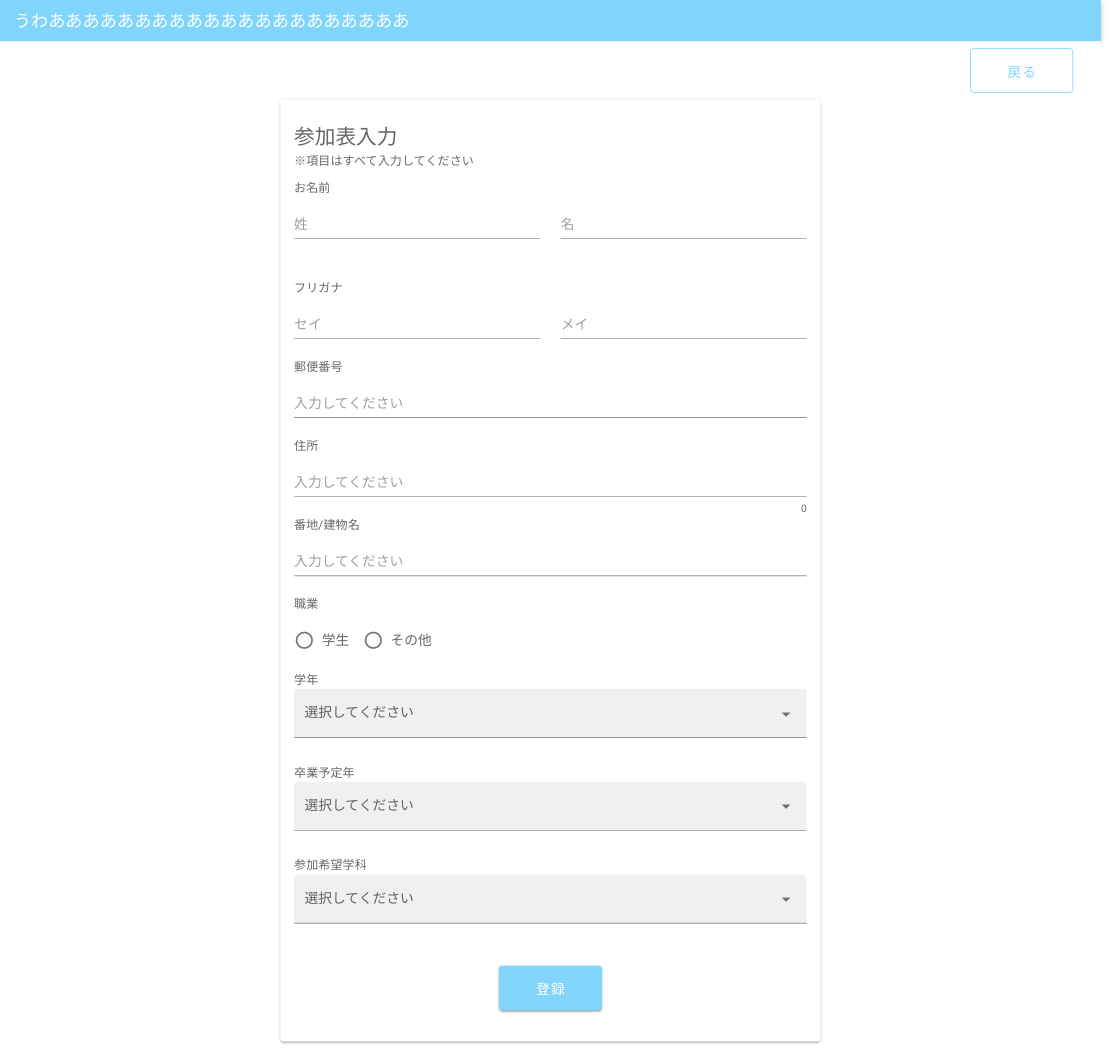
Repository: taniwhy/open-campus-system
Page: /#/register (app in client_view/)
The author's editor kept a copy of each file at every save. The page is drawn from the files as they stood at one save, then again after the next save.
The browser window is 1280 px wide. The page is 1292 px wide, so the pictures cover 1292 px, including what lies to the right of the window. The pictures show the whole page, at 86% of full size.
The project was rebuilt for these pictures with package versions that can differ from the ones it lists, and the page was loaded fresh each time. Also part of the build but not shown: client_view/vue.config.js, client_view/src/components/Home.vue, client_view/src/components/Login.vue, client_view/src/components/Branch.vue.

Above is the page before, as saved 2019-11-28 12:16:00.

After the next save:
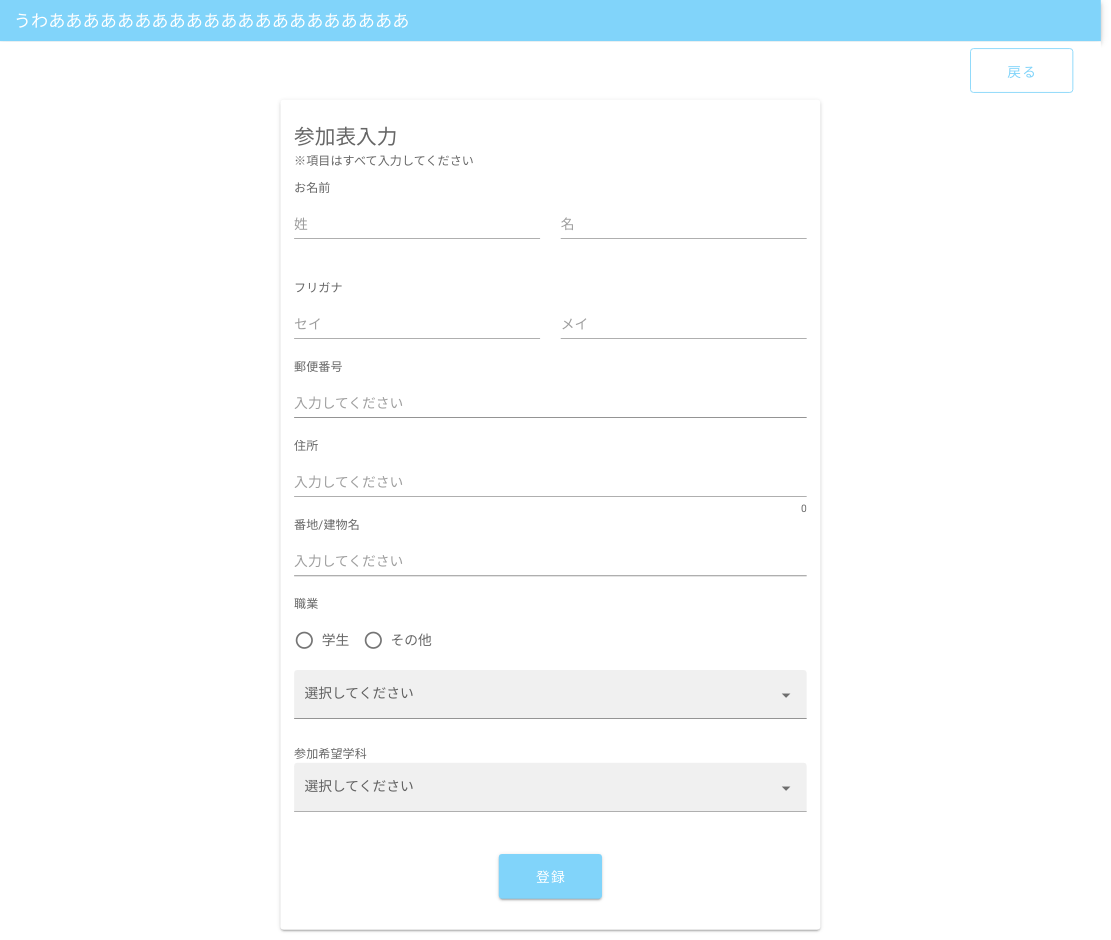
Saved 7 s later.
--- a/client_view/src/components/Register.vue
+++ b/client_view/src/components/Register.vue
@@ -146,7 +146,7 @@
 export default {
   name: "Register",
   data: () => ({
-    student_check: true,
+    student_check: false,
     gakunen_items: ["1学年", "2学年", "3学年", "4学年"],
     yotei_items: ["2020年", "2021年", "2022年", "2023年"],
     gakka_items: [
